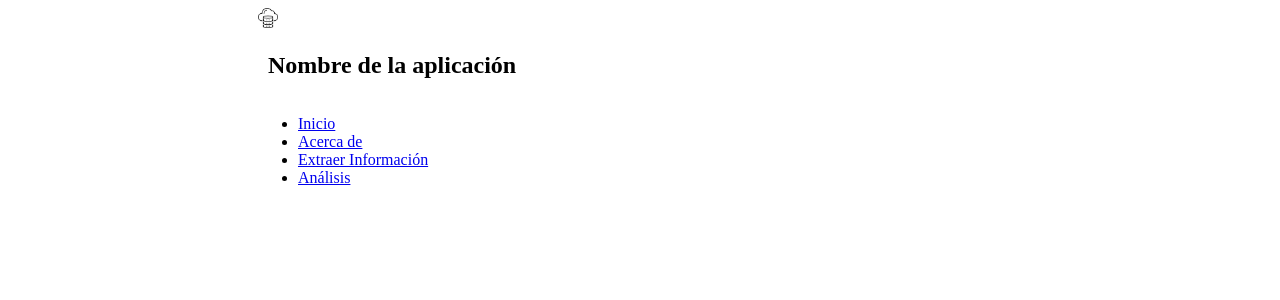
Repository: marcoBartolo55/data_analysis_app_-dev_project
Page: http://localhost/
The author's editor kept a copy of each file at every save. The page is drawn from the files as they stood at one save, then again after a run of saves.
The browser window is 1280 px wide. The pictures show the whole page.
The page is served by the project's application, run on Flask 3 (app/app.py). Other server files are loaded and not shown.

Above is the page before, as saved 2025-10-19 22:27:45.

### templates/index.html
<!DOCTYPE html>
<html lang="en">

<head>
    <meta charset="UTF-8">
    <meta name="viewport" content="width=device-width, initial-scale=1.0">
    <link rel="stylesheet" href="/static/styles/index.css">
    <title>Inicio</title>
</head>

<body>
    <div class="container">
        <div class="logo-div">
            <img class="logo-img" src="../static/images/logo.png" alt="Logo">
        </div>
        <div class="title-div">
            <h2>Nombre de la aplicación</h2>
        </div>

        <div class="side-bar">
            <nav>
                <ul>
                    <li><a href="index.html">Inicio</a></li>
                    <li><a href="about.html">Acerca de</a></li>
                    <li><a href="data.html">Extraer Información</a></li>
                    <li><a href="chart.html">Análisis</a></li>
                </ul>
            </nav>
        </div>
        <div class="content-area">

        </div>
    </div>
</body>
</html>

### app/app.py
from flask.templating import render_template
from flask import Flask
import os

BASE_DIR = os.path.abspath(os.path.dirname(__file__))

app = Flask(__name__,
            template_folder=os.path.join(BASE_DIR, '../templates'),
            static_folder=os.path.join(BASE_DIR, '../static')
           )
@app.route('/')
def index():
    return render_template('index.html')

if __name__ == '__main__':
    app.run(debug=True)

### static/styles/index.css
.container{
    display: grid;
    margin-left: 250px;
}

.side-bar{
    display: grid;
    grid-template-columns: 1fr;
}

.main-content{
    margin-left: 0;
}

.logo-img{
    width: 20px;
    height: auto;
}

.title-div{
    margin-left: 10px;
}

After the next 2 saves:
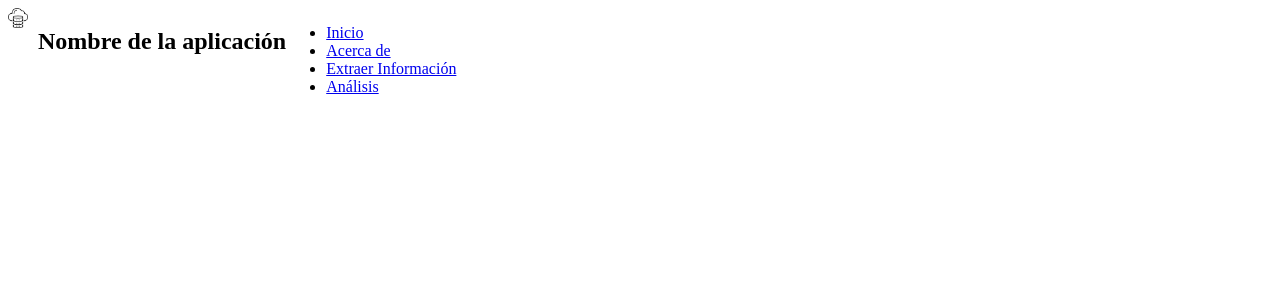
The 2 saves are shown as one change because they came seconds apart.
The last was saved 33 s later.
--- a/static/styles/index.css
+++ b/static/styles/index.css
@@ -1,6 +1,5 @@
 .container{
-    display: grid;
-    margin-left: 250px;
+    display: flex;
 }
 
 .side-bar{
